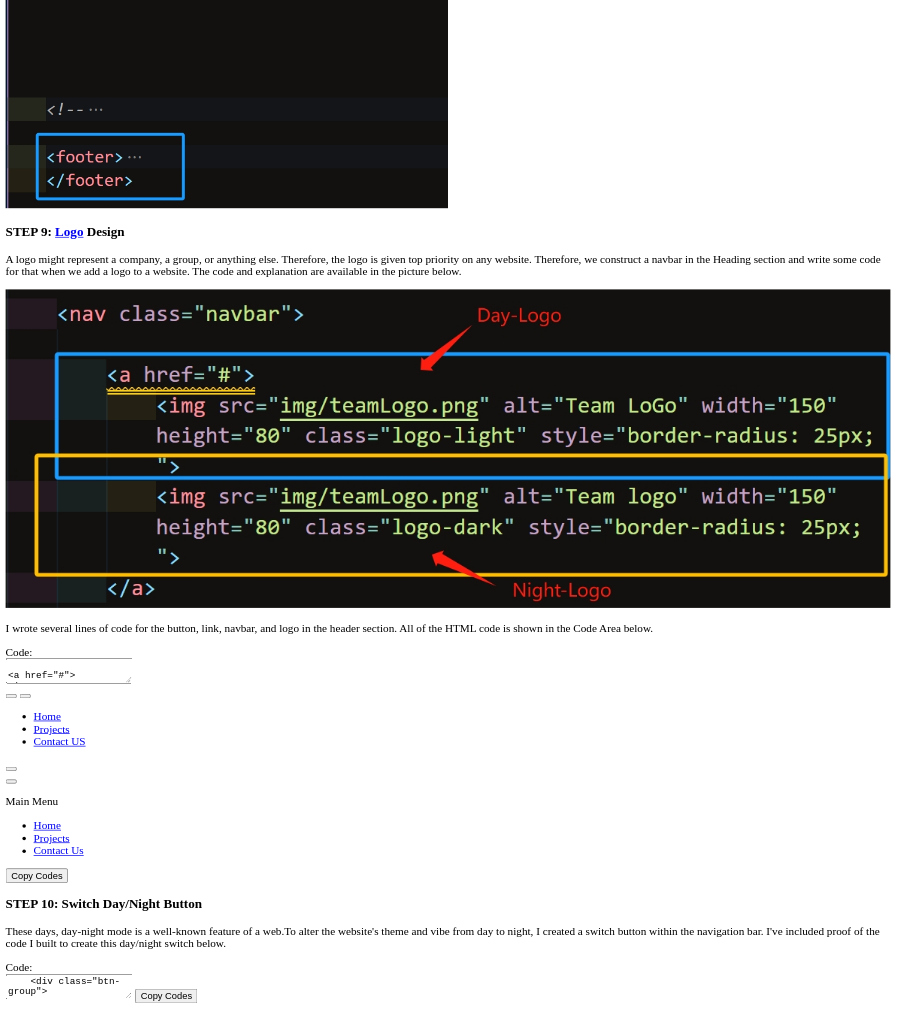
Repository: NexMaker-Fab/2023zjudem-INNOGENIUSES
Page: build web/page.html
These files come from the project's save history. The page is drawn as it stood at one moment and after the next save; the edit follows.
The browser window is 1280 px wide. The page is 1280 px wide, then 1292 px, so the pictures cover 1292 px, including what lies to the right of the window. The pictures show the part of the page from y = 2769 to 4649 px (the page is 4210 px tall before and 4649 px after), at 70% of full size.

Above is the page before, as saved 2023-11-27 20:01:14.

After the next save:
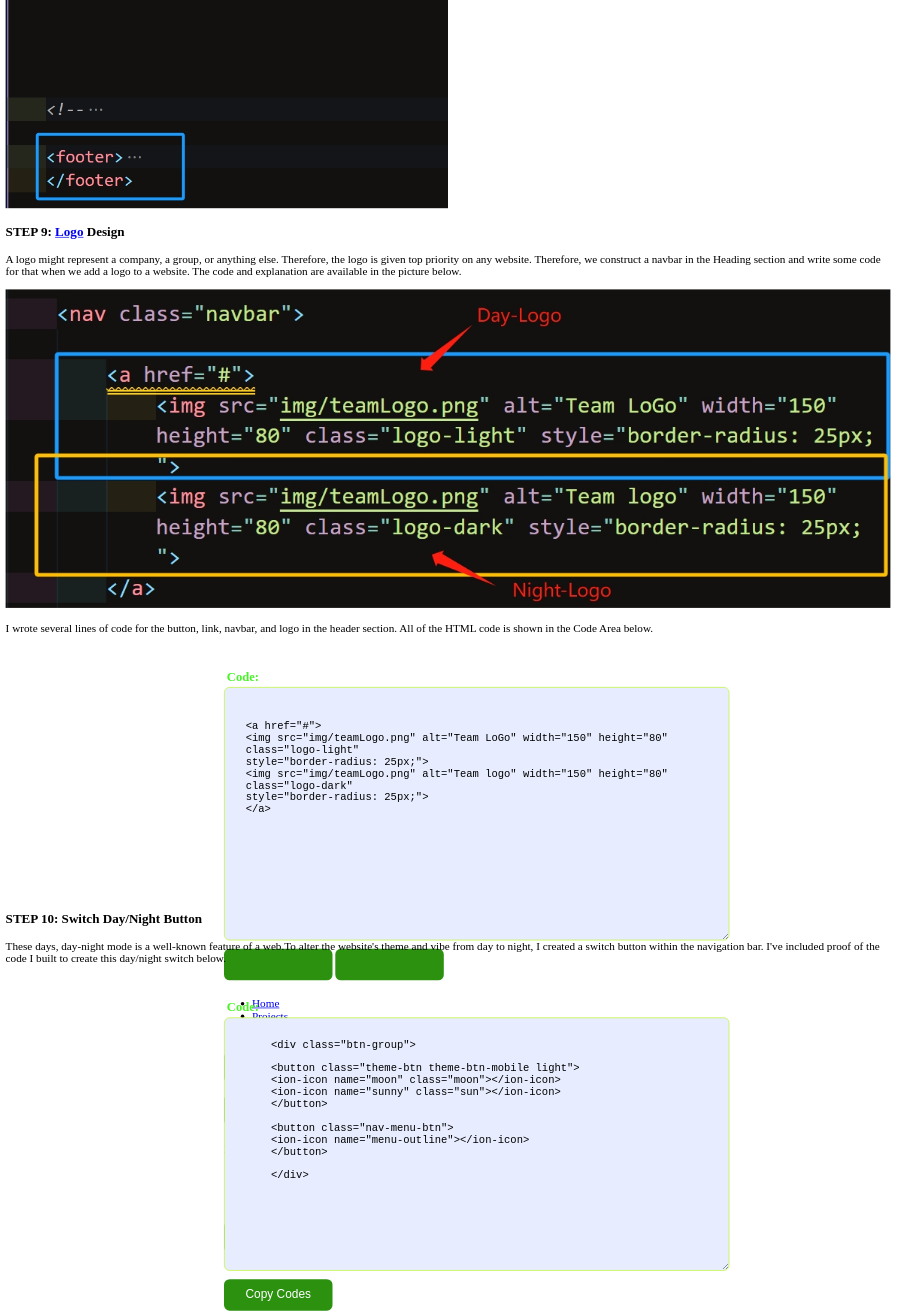
Saved 12 s later.
--- a/build web/page.html
+++ b/build web/page.html
@@ -5,6 +5,7 @@
     <meta charset="UTF-8">
     <meta name="viewport" content="width=device-width, initial-scale=1.0">
     <title>How to Build Website</title>
+    <link rel="stylesheet" href="page.css">
 </head>
 
 <body>
